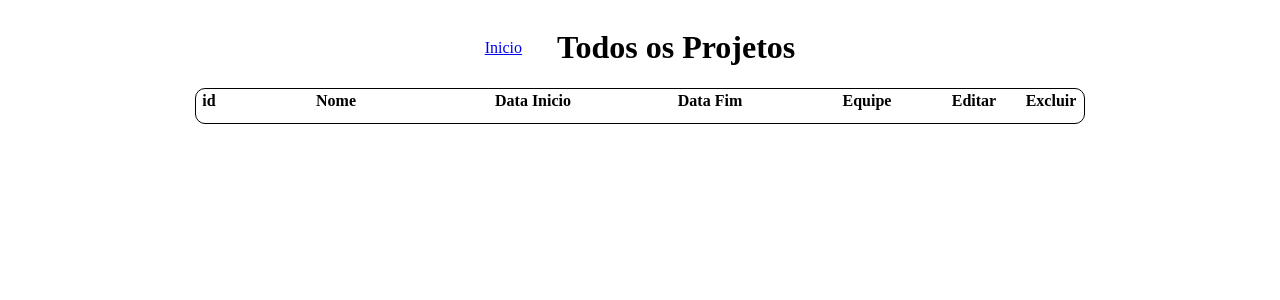
Repository: OmagnetFirel/basico-javaweb
Page: http://localhost/DEVManager/ListarTodosProjetos?np=/read/listarProjetos.jsp
These files come from the project's save history. The page is drawn as it stood at one moment and after the next save; the edit follows.
The browser window is 1280 px wide. The pictures show the whole page.
The page is served by Tomcat 9. Queries for data that is not in the repository find no rows.

Above is the page before, as saved 2023-04-23 20:21:13.

After the next save:
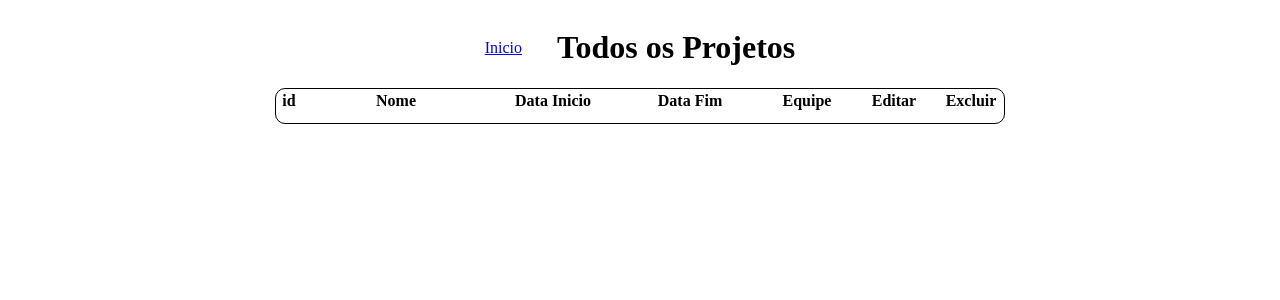
Saved 32 s later.
--- a/DEVManager/src/main/webapp/read/listarProjetos.jsp
+++ b/DEVManager/src/main/webapp/read/listarProjetos.jsp
@@ -16,10 +16,10 @@
 	<table  style="flex:1; border: 1px solid black; border-radius: 10px;">
 		<tr style="margin-bottom:10px; display:flex; flex-direction:row; column-gap: 15px;">
 			<th style="width:20px">id</th>
-			<th style="width:200px">Nome</th>
-			<th style="width:160px">Data Inicio</th>
-			<th style="width:160px">Data Fim</th>
-			<th style="width:120px">Equipe</th>
+			<th style="width:160px">Nome</th>
+			<th style="width:120px">Data Inicio</th>
+			<th style="width:120px">Data Fim</th>
+			<th style="width:80px">Equipe</th>
 			<th style="width:60px">Editar</th>
 			<th style="width:60px">Excluir</th>
 		</tr>
@@ -37,7 +37,7 @@
 				<td style="width:120px">
 					${projeto.dataFim}
 				</td>
-				<td style="width:120px">
+				<td style="width:80px">
 					${projeto.equipe.nome}
 				</td>
 				<td style="background-color:#fffec8; width:60px">
